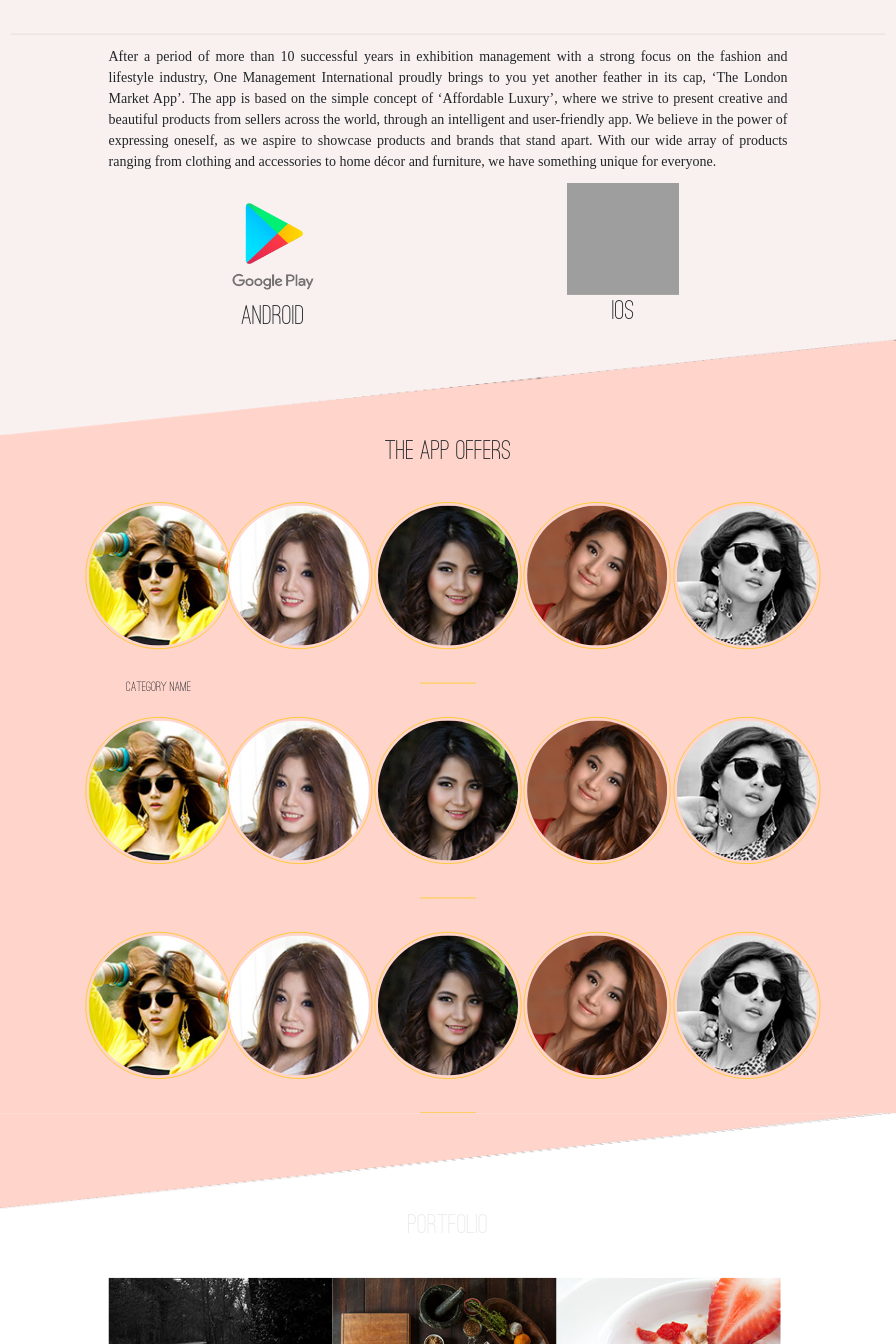
Repository: Demonster1999/newshoperrepo
Page: index.html
These files come from the project's save history. The page is drawn as it stood at one moment and after the next save; the edit follows.
The browser window is 1280 px wide. The pictures show the part of the page from y = 875 to 2795 px (the page is 4668 px tall), at 70% of full size.
Pictures or frames that could not be fetched are drawn as grey boxes. Some web libraries are served in a nearby version.

Above is the page before, as saved 2020-07-21 14:10:28.
Console error: TypeError: Cannot read properties of null (reading 'getContext')

### index.html
<!DOCTYPE html>
<head>
	<meta charset="UTF-8">
	<title>London Market</title>
	<meta name="keywords" content="" />
	<meta name="description" content="" />
    <meta name="viewport" content="width=device-width, initial-scale=1.0">
    <!--
    	Roller Template
		http://www.london-market.com/preview/london-market_424_roller
	-->
	<link rel="stylesheet" href="https://fonts.googleapis.com/css2?family=Great+Vibes">
	<link href="http://fonts.googleapis.com/css?family=Open+Sans:300,400,700" rel="stylesheet" type="text/css">
	<!-- <link href="css/font-awesome.min.css" rel="stylesheet">FontAwesome Icons -->
	<link rel="stylesheet" href="https://cdnjs.cloudflare.com/ajax/libs/font-awesome/5.14.0/css/all.min.css"
		integrity="sha512-1PKOgIY59xJ8Co8+NE6FZ+LOAZKjy+KY8iq0G4B3CyeY6wYHN3yt9PW0XpSriVlkMXe40PTKnXrLnZ9+fkDaog=="
		crossorigin="anonymous" />
	<link rel="stylesheet" href="https://maxcdn.bootstrapcdn.com/bootstrap/4.0.0/css/bootstrap.min.css" integrity="sha384-Gn5384xqQ1aoWXA+058RXPxPg6fy4IWvTNh0E263XmFcJlSAwiGgFAW/dAiS6JXm" crossorigin="anonymous">
	<link rel="stylesheet" href="fonts/ostrich-sans.css">
	<link href="css/LondonMarket.css" rel="stylesheet" type="text/css">
	<link rel="stylesheet" href="css/into-to-app.css">
	<link rel="stylesheet" href="css/navbar.css">
	<link rel="stylesheet" href="css/carousel.css">

</head>
<body>
	<nav class="navbar custom-nav sticky-top p-0 m-0 ">
		<a class="navbar-brand mx-auto text-white" style="font-family: Great Vibes; font-size: 40px;" href="#">London Market</a>

	  </nav>

	<nav class="navbar third-nav navbar-expand-lg navbar-light bg-light">
		<div class="container">
			<button class="navbar-toggler navbar-toggler-icon" type="button" data-toggle="collapse" data-target="#navbarSupportedChontent"
			aria-controls="navbarSupportedContent" aria-expanded="false" aria-label="Toggle navigation">
			<span class=""></span>
		</button>


		<div class="collapse navbar-collapse" id="navbarSupportedContent">
			<ul class="navbar-nav  mr-auto text-center">

				<li class="nav-item">
					<a class=" " href="#">Register</a>
				</li>
				<li class="nav-item ">
					<a class="" href="#">login</a>
				</li>


		</div>
		<div class="  mr-auto ">
			<!-- social icons  -->
			<button class="fab fa-facebook-f"></button>
			<button class="fab fa-twitter"></button>
			<button class="fab fa-linkedin-in"></button>
			<button class="fab fa-instagram"></button>
			<button class="fab fa-youtube"></button>
		</div>
		</div>

	</nav>


	<!-- nav with dots  -->
	<nav class="nav">
        <ul>
            <li class="dot1 active" id="ec1" data-toggle="tooltip" data-placement="left" title="Tooltip on left"></li>
            <li class="dot2" id="ec2" data-toggle="tooltip" data-placement="left" title="Tooltip on left"></li>
            <li class="dot3" id="ec3"  data-toggle="tooltip" data-placement="left" title="Tooltip on left"></li>
			<li class="dot4" id="ec4"  data-toggle="tooltip" data-placement="left" title="Tooltip on left"></li>
			<li class="dot5" id="ec5"  data-toggle="tooltip" data-placement="left" title="Tooltip on left"></li>
			<li class="dot5" id="ec5"  data-toggle="tooltip" data-placement="left" title="Tooltip on left"></li>
        </ul>
    </nav>

		<section class="" id="home">
			<div id="demo" class="carousel slide" data-ride="carousel">
				<ul class="carousel-indicators">
					<li data-target="#demo" data-slide-to="0" class="active"></li>
					<li data-target="#demo" data-slide-to="1"></li>
					<li data-target="#demo" data-slide-to="2"></li>
					<!-- <li data-target="#demo" data-slide-to="3"></li> -->
				</ul>
				<div class="carousel-inner">
					<div class="carousel-item active">
						<img src="images/carousel/carousel1.jpg" alt="Los Angeles"   >
						<div class="carousel-caption">
							<h3>Los Angeles</h3>
							<p>We had such a great time in LA!</p>
						</div>
					</div>
					<div class="carousel-item">
						<img src="images/carousel/carousel4.jpg" alt="Chicago"  >
						<div class="carousel-caption">
							<h3>Chicago</h3>
							<p>Thank you, Chicago!</p>
						</div>
					</div>
					<div class="carousel-item">
						<img src="images/carousel/cp11.jpg" alt="Chicago" >
						<div class="carousel-caption">
							<h3>Chicago</h3>
							<p>Thank you, Chicago!</p>
						</div>
					</div>
					<!-- <div class="carousel-item">
						<img src="images/images/lmimages/Adobe_20200716_143015.png" alt="Chicago">
						<div class="carousel-caption">
							<h3>Chicago</h3>
							<p>Thank you, Chicago!</p>
						</div>
					</div> -->
					<!-- <div class="carousel-item">
						<img src="images/carousel/carousel3.jpg" alt="New York" class=" w-100" style="height: 300px; max-height: 500px;">
						<div class="carousel-caption">
							<h3>New York</h3>
							<p>We love the Big Apple!</p>
						</div>
					</div> -->
				</div>
				<a class="carousel-control-prev" href="#demo" data-slide="prev">
					<span class="carousel-control-prev-icon"></span>
				</a>
				<a class="carousel-control-next" href="#demo" data-slide="next">
					<span class="carousel-control-next-icon"></span>
				</a>
			</div>
		</section>

<section class=" intro-to-app container-fluid">
	<img src="images/tm-border-black-top.png" class="w-100 img-top" alt="">
	<div class="container-fluid text-center ">

		<img src="images/images/lmimages/lm.png" class="p-0 m-0" width=200px height="200px" alt="" >
		<h1 class="mx-auto  "> Get Shop-a-holic</h1>

		<hr>


		<div class="container ">
			<p class="lead text-justify">After a period of more than 10 successful years in exhibition management with a strong focus on the fashion and
			lifestyle industry, One Management International proudly brings to you yet another feather in its cap, ‘The London
			Market App’.
			The app is based on the simple concept of ‘Affordable Luxury’, where we strive to present creative and beautiful
			products from sellers across the world, through an intelligent and user-friendly app. We believe in the power of
			expressing oneself, as we aspire to showcase products and brands that stand apart. With our wide array of products
			ranging from clothing and accessories to home décor and furniture, we have something unique for everyone.
</p>
               <div class="row">
<div class="col-md-6 p-2 text-center">
	<a href="https://play.google.com/store/apps/details?id=com.prpwebs.londonmarket" class="h1"> <img src="images/logos/play store.png" class=" " width="160px" height="160px" alt="play">
		<center> Android</center>
	</a>
</div>
<div class="col-md-6 text-center">
	<a href="" class="h1"> <img src="images/logos/hiclipart.com.png" class=" " width="160px" height="160px" alt="app">
		<center>ios</center>
	</a>

</div>
			   </div>

		</div>
	</div>
	<img src="images/tm-border-black-bottom.png" class="w-100 imgbottom" alt="">
</section>

<section class="tm-dark-bg tm-section" id="portfolio">
			<div class="container-fluid">

<h1 class="text-uppercase text-center"> The App Offers  </h1>
<div class="  row text-center mt-5 ">
	<div class="col-md-1"></div>
	<div class="col-md-2 text-center">
		<div class="tm-img-circle-border ">
			<img src="images/testimonials/1.jpg" alt="Testimonial 1" class="img-circle tm-img-testimonial">
			<h5 class=" mt-5"> category Name </h5>
		</div>
	</div>
	<div class="col-md-2">
		<div class="tm-img-circle-border absolute-center">
			<img src="images/testimonials/2.jpg" alt="Testimonial 2" class="img-circle tm-img-testimonial">
		</div>
	</div>
	<div class="col-md-2">
		<div class="tm-img-circle-border absolute-center ">
			<img src="images/testimonials/3.jpg" alt="Testimonial 3" class="img-circle tm-img-testimonial">
		</div>

	</div>
	<div class="col-md-2">
		<div class="tm-img-circle-border absolute-center">
			<img src="images/testimonials/4.jpg" alt="Testimonial 4" class="img-circle tm-img-testimonial">
		</div>
	</div>
	<div class="col-md-2">
		<div class="tm-img-circle-border absolute-center"
			data-comment="Integer aliquam nibh nulla, id elementum purus tempus quis. Etiam eu massa condimentum, consectetur turpis et, semper diam. Vivamus mauris ipsum, bibendum non tempor nec, ultricies a leo. Fusce eu efficitur diam. Praesent vel mi viverra leo finibus maximus sed in ipsum."
			data-author="Malicia Viva Fusce" id="author5">
			<img src="images/testimonials/5.jpg" alt="Testimonial 5" class="img-circle tm-img-testimonial">
		</div>
	</div>
	<div class="col-md-1"></div>
</div>
<hr class="tm-author-name-underline mt-5">
<div class="  row text-center mt-5 ">
	<div class="col-md-1"></div>
	<div class="col-md-2">
		<div class="tm-img-circle-border ">
			<img src="images/testimonials/1.jpg" alt="Testimonial 1" class="img-circle tm-img-testimonial">
		</div>
	</div>
	<div class="col-md-2">
		<div class="tm-img-circle-border absolute-center">
			<img src="images/testimonials/2.jpg" alt="Testimonial 2" class="img-circle tm-img-testimonial">
		</div>
	</div>
	<div class="col-md-2">
		<div class="tm-img-circle-border absolute-center ">
			<img src="images/testimonials/3.jpg" alt="Testimonial 3" class="img-circle tm-img-testimonial">
		</div>

	</div>
	<div class="col-md-2">
		<div class="tm-img-circle-border absolute-center">
			<img src="images/testimonials/4.jpg" alt="Testimonial 4" class="img-circle tm-img-testimonial">
		</div>
	</div>
	<div class="col-md-2">
		<div class="tm-img-circle-border absolute-center"
			data-comment="Integer aliquam nibh nulla, id elementum purus tempus quis. Etiam eu massa condimentum, consectetur turpis et, semper diam. Vivamus mauris ipsum, bibendum non tempor nec, ultricies a leo. Fusce eu efficitur diam. Praesent vel mi viverra leo finibus maximus sed in ipsum."
			data-author="Malicia Viva Fusce" id="author5">
			<img src="images/testimonials/5.jpg" alt="Testimonial 5" class="img-circle tm-img-testimonial">
		</div>
	</div>
</div>
<hr class="tm-author-name-underline mt-5">
<div class="  row text-center mt-5 ">
	<div class="col-md-1"></div>
	<div class="col-md-2">
		<div class="tm-img-circle-border ">
			<img src="images/testimonials/1.jpg" alt="Testimonial 1" class="img-circle tm-img-testimonial">
		</div>
	</div>
	<div class="col-md-2">
		<div class="tm-img-circle-border absolute-center">
			<img src="images/testimonials/2.jpg" alt="Testimonial 2" class="img-circle tm-img-testimonial">
		</div>
	</div>
	<div class="col-md-2">
		<div class="tm-img-circle-border absolute-center ">
			<img src="images/testimonials/3.jpg" alt="Testimonial 3" class="img-circle tm-img-testimonial">
		</div>

	</div>
	<div class="col-md-2">
		<div class="tm-img-circle-border absolute-center">
			<img src="images/testimonials/4.jpg" alt="Testimonial 4" class="img-circle tm-img-testimonial">
		</div>
	</div>
	<div class="col-md-2">
		<div class="tm-img-circle-border absolute-center"
			data-comment="Integer aliquam nibh nulla, id elementum purus tempus quis. Etiam eu massa condimentum, consectetur turpis et, semper diam. Vivamus mauris ipsum, bibendum non tempor nec, ultricies a leo. Fusce eu efficitur diam. Praesent vel mi viverra leo finibus maximus sed in ipsum."
			data-author="Malicia Viva Fusce" id="author5">
			<img src="images/testimonials/5.jpg" alt="Testimonial 5" class="img-circle tm-img-testimonial">
		</div>
	</div>
	<div class="col-md-1"></div>
</div>
<hr class="tm-author-name-underline mt-5">

					</div>
		</section> <!-- portfolio -->
		<section class="tm-section bg-white" id="testimonials" >
			<img src="images/tm-border-black-top.png" alt="Border" class="tm-border">
			<div class="container">
					<div class="row">
						<div class="col-lg-12 col-md-12 col-sm-12 col-xs-12 text-center">
							<h1 class="tm-light-gray-text text-center text-uppercase">Portfolio</h1>
							<div class="tm-portfolio-images-container margin-top-50">
								<div class="tm-image-container">
									<div class="tm-portfolio-image-overlay text-center">
										<div class="absolute-center">
											<a href="#" class="fa fa-search"></a>
											<h2 class="text-uppercase tm-white-text">Lorem</h2>
											<p class="text-uppercase">sagittis</p>
										</div>
									</div>
									<img src="images/portfolio/01.jpg" alt="Portfolio 1">
								</div>
								<div class="tm-image-container">
									<div class="tm-portfolio-image-overlay">
										<div class="absolute-center">
											<a href="#" class="fa fa-search"></a>
											<h2 class="text-uppercase tm-white-text">Dimperdiet</h2>
											<p class="text-uppercase">Aliquam</p>
										</div>
									</div>
									<img src="images/portfolio/02.jpg" alt="Portfolio 2">
								</div>
								<div class="tm-image-container">
									<div class="tm-portfolio-image-overlay">
										<div class="absolute-center">
											<a href="#" class="fa fa-search"></a>
											<h2 class="text-uppercase tm-white-text">Pellentesque</h2>
											<p class="text-uppercase">noemer</p>
										</div>
									</div>
									<img src="images/portfolio/03.jpg" alt="Portfolio 3">
								</div>
								<div class="tm-image-container">
									<div class="tm-portfolio-image-overlay">
										<div class="absolute-center">
											<a href="#" class="fa fa-search"></a>
											<h2 class="text-uppercase tm-white-text">Aenean</h2>
											<p class="text-uppercase">pharetra</p>
										</div>
									</div>
									<img src="images/portfolio/04.jpg" alt="Portfolio 4">
								</div>
								<div class="tm-image-container">
									<div class="tm-portfolio-image-overlay">
										<div class="absolute-center">
											<a href="#" class="fa fa-search"></a>
											<h2 class="text-uppercase tm-white-text">condimentum</h2>
											<p class="text-uppercase">libero</p>
										</div>
									</div>
									<img src="images/portfolio/05.jpg" alt="Portfolio 5">
								</div>
								<div class="tm-image-container">
									<div class="tm-portfolio-image-overlay">
										<div class="absolute-center">
											<a href="#" class="fa fa-search"></a>
											<h2 class="text-uppercase tm-white-text">nulla</h2>
											<p class="text-uppercase">consectetur</p>
										</div>
									</div>
									<img src="images/portfolio/06.jpg" alt="Portfolio 6">
								</div>
								<div class="tm-image-container tm-show-hide">
									<div class="tm-portfolio-image-overlay">
										<div class="absolute-center">
											<a href="#" class="fa fa-search"></a>
											<h2 class="text-uppercase tm-white-text">Rondimentum</h2>
											<p class="text-uppercase">Sdui</p>
										</div>
									</div>
									<img src="images/portfolio/07.jpg" alt="Portfolio 7">
								</div>
								<div class="tm-image-container tm-show-hide">
									<div class="tm-portfolio-image-overlay">
										<div class="absolute-center">
											<a href="#" class="fa fa-search"></a>
											<h2 class="text-uppercase tm-white-text">imperdiet</h2>
											<p class="text-uppercase">Raugue</p>
										</div>
									</div>
									<img src="images/portfolio/08.jpg" alt="Portfolio 8">
								</div>
								<div class="tm-image-container tm-show-hide">
									<div class="tm-portfolio-image-overlay">
										<div class="absolute-center">
											<a href="#" class="fa fa-search"></a>
											<h2 class="text-uppercase tm-white-text">blandit</h2>
											<p class="text-uppercase">Aliquam</p>
										</div>
									</div>
									<img src="images/portfolio/09.jpg" alt="Portfolio 9">
								</div>
								<div class="tm-image-container tm-show-hide">
									<div class="tm-portfolio-image-overlay">
										<div class="absolute-center">
											<a href="#" class="fa fa-search"></a>
											<h2 class="text-uppercase tm-white-text">Praesent</h2>
											<p class="text-uppercase">Aliquam</p>
										</div>
									</div>
									<img src="images/portfolio/10.jpg" alt="Portfolio 10">
								</div>
								<div class="tm-image-container tm-show-hide">
									<div class="tm-portfolio-image-overlay">
										<div class="absolute-center">
											<a href="#" class="fa fa-search"></a>
											<h2 class="text-uppercase tm-white-text">Dimperdiet</h2>
											<p class="text-uppercase">Aliquam</p>
										</div>
									</div>
									<img src="images/portfolio/11.jpg" alt="Portfolio 11">
								</div>
								<div class="tm-image-container tm-show-hide">
									<div class="tm-portfolio-image-overlay">
										<div class="absolute-center">
											<a href="#" class="fa fa-search"></a>
											<h2 class="text-uppercase tm-white-text">Dimperdiet</h2>
											<p class="text-uppercase">Aliquam</p>
										</div>
									</div>
									<img src="images/portfolio/12.jpg" alt="Portfolio 12">
								</div>
							</div>
							<a href="javascript:;" class="tm-view-more tm-light-gray-text margin-top-50 text-center text-uppercase">View
								More</a>
						</div>
					</div>
			</div>
		</section> <!-- testimonials -->
		<section class="tm-section tm-orange-bg" id="contact" >
			<img src="images/tm-border-white-top.png" alt="Border" class="tm-border">
			<div class="container">
				<h1 class="text-uppercase text-center">Contact Us</h1>
				<p class="text-center margin-top-50">Phasellus sed rutrum quam. Aenean mollis nec metus quis fringilla. Aliquam interdum risus quis sem rhoncus, vel iaculis lorem pulvinar. Maecenas in lorem non quam bibendum auctor vel lobortis sem.</p>
				<div class="row margin-top-50">
					<div class="col-lg-6 col-md-6 col-sm-6 col-xs-12">
						<div id="map-canvas"></div>
					</div>
					<div class="col-lg-6 col-md-6 col-sm-6 col-xs-12">
						<form action="#" method="post" class="tm-contact-form">
							<div class="form-group">
								<input type="text" id="contact_name" class="form-control" placeholder="NAME..." />
							</div>
							<div class="form-group">
								<input type="text" id="contact_email" class="form-control" placeholder="EMAIL..." />
							</div>
							<div class="form-group">
								<input type="text" id="contact_subject" class="form-control" placeholder="SUBJECT..." />
							</div>
							<div class="form-group">
								<textarea id="contact_message" class="form-control" rows="8" placeholder="WRITE A MESSAGE..."></textarea>
							</div>
							<button type="submit" class="btn text-uppercase tm-dark-bg tm-orange-text tm-send-btn">Send</button>
						</form>
					</div>
				</div>
			</div>
			<img src="images/tm-border-black-bottom.png" alt="Border" class="tm-border">
		</section> <!-- contact -->


	<footer class="text-right tm-dark-bg">
		<p class="text-uppercase container small">Copyright &copy; 2084 <a href="#">Company Name</a></p>
	</footer>
	<script src="js/jquery-1.11.1.min.js" ></script>
	<!-- <script src="https://code.jquery.com/jquery-3.5.1.min.js"
		integrity="sha256-9/aliU8dGd2tb6OSsuzixeV4y/faTqgFtohetphbbj0=" crossorigin="anonymous"></script> -->
		<script src="https://cdnjs.cloudflare.com/ajax/libs/font-awesome/5.14.0/js/all.min.js"
			integrity="sha512-YSdqvJoZr83hj76AIVdOcvLWYMWzy6sJyIMic2aQz5kh2bPTd9dzY3NtdeEAzPp/PhgZqr4aJObB3ym/vsItMg=="
			crossorigin="anonymous"></script>
<script src="https://cdnjs.cloudflare.com/ajax/libs/popper.js/1.12.9/umd/popper.min.js" integrity="sha384-ApNbgh9B+Y1QKtv3Rn7W3mgPxhU9K/ScQsAP7hUibX39j7fakFPskvXusvfa0b4Q" crossorigin="anonymous"></script>
<script src="https://maxcdn.bootstrapcdn.com/bootstrap/4.0.0/js/bootstrap.min.js" integrity="sha384-JZR6Spejh4U02d8jOt6vLEHfe/JQGiRRSQQxSfFWpi1MquVdAyjUar5+76PVCmYl" crossorigin="anonymous"></script>
	<script src="js/LondonMarket.js"></script>
	<script src="js/scrollnav.js"></script>
</body>
</html>

### css/into-to-app.css
.intro-to-app{

    padding: 0;
    background-color:#F9F1F0;

}
.intro-to-app img{
    display: inline;
}
.intro-to-app h1{
    font-family: ostrich sans ;
    font-weight: bold;
    display: inline;
    font-size: 50px;

}
.intro-to-app p{
    font-family: hevletica;

}
.imgbottom{
    width: 200%;
    margin: 0;

    position: relative;

}

.img-top{
    margin: 0;
    position: relative;



}

### css/navbar.css
.custom-nav {
    background-color: #e2725b;

}
.custom-nav {
    color: #fff;
    font-size: 25px;

}

/* thirdnav  */
.third-nav a{
    color: black;
    font-family: 'Lucida Sans', 'Lucida Sans Regular', 'Lucida Grande', 'Lucida Sans Unicode', Geneva, Verdana, sans-serif;
    font-weight: bold;
    color: #e2725b;
}
.third-nav ul li{
    margin-left: 10%;
    margin-right: 10%;
}
.third-nav .fa-facebook-f,.fa-twitter,.fa-linkedin-in,.fa-instagram,.fa-youtube{
 margin-left: 5px;
  margin-right: 5px;
    color:#e2725b;

}

/* thirdnav end  */

.nav {
    position: fixed;
    top: 45%;
    bottom: 30%;
    right: 0;
	width: 60px;
	z-index: 50;
}

.nav ul {
	list-style: none;
}


.nav li {
    width: 10px;
	height: 10px;
	margin: 10px;
    border-radius: 100%;
    background-color: rosybrown;
    cursor: pointer;
    transition: .5s;
}

.dot1 {
    background-color: rgb(82, 43, 43);
}

.dot2 {
    background-color: rgb(24, 73, 44);
}

.dot3 {
    background-color: rgb(73, 58, 204);
}

.dot4 {
    background-color: rgb(58, 70, 31);
}

.active {
    box-shadow: 0 0 0 3px #fffffff1, 0 0 0 6px #000;
}

### css/carousel.css
#home .carousel-inner img {
    min-width: 100%;
    min-height: 320px;
    max-height: 500px;
    max-resolution: 0;
  }


  #home .carousel-inner .carousel-caption{
    position: absolute;
    font-size: 30px;
    background-color: rgba(0,0, 0, 0.3);
    width: 100%;
    margin: 0;
    left: 0;
    right: 0;
    height: 100%;
    top: 5px;

  }

    #home .carousel-inner .carousel-caption h3{
      position: relative;
      top: 40%;
      font-family:fantasy;

      font-size: 40px;
    }
    #home .carousel-inner .carousel-caption p{
      position: relative;
      top: 42%;
      font-family: Cambria, Cochin, Georgia, Times, 'Times New Roman', serif;

    }
    .carousel-control-prev,.carousel-control-next{
      z-index: 50;
    }

Loaded but not shown: fonts/ostrich-sans.css (common file); js/jquery-1.11.1.min.js (library); js/LondonMarket.js (359 lines, source omitted); js/scrollnav.js (48 lines, source omitted); css/LondonMarket.css (434 lines, source omitted)

After the next save:
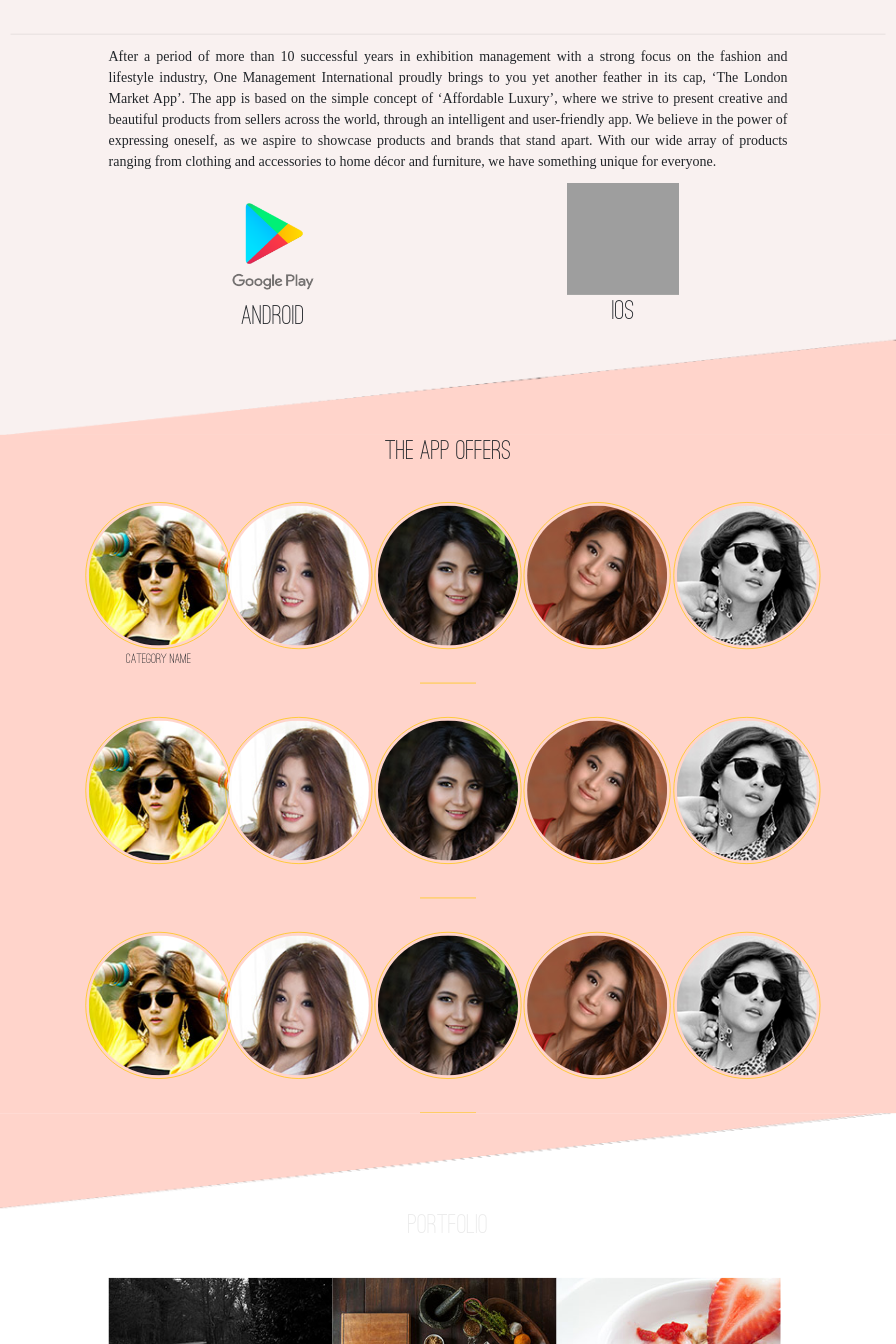
Saved 10 s later.
--- a/index.html
+++ b/index.html
@@ -175,7 +175,7 @@
 	<div class="col-md-2 text-center">
 		<div class="tm-img-circle-border ">
 			<img src="images/testimonials/1.jpg" alt="Testimonial 1" class="img-circle tm-img-testimonial">
-			<h5 class=" mt-5"> category Name </h5>
+			<h5 class=" mt-2"> category Name </h5>
 		</div>
 	</div>
 	<div class="col-md-2">
